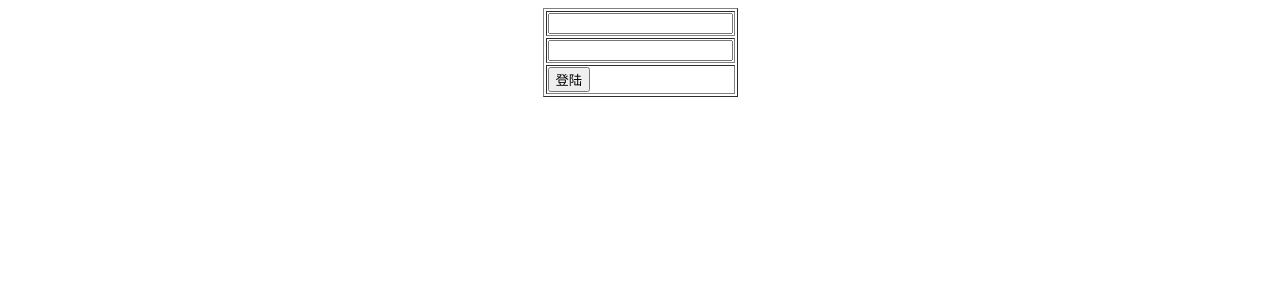
Repository: YuHaoXiang/Yhx
Page: http://localhost/StudentMsg/login.jsp
An editor plug-in stored every save of this project. The page is shown before and after the next save, followed by the edit.
The browser window is 1280 px wide. The pictures show the whole page.
The page is served by Tomcat 9. Other server files are loaded and not shown.

Above is the page before, as saved 2016-03-07 03:27:28.

### StudentMsg/WebContent/login.jsp
<%@page import="java.sql.*"%>
<%@ page language="java" contentType="text/html; charset=utf-8"
    pageEncoding="utf-8"%>
<!DOCTYPE html PUBLIC "-//W3C//DTD HTML 4.01 Transitional//EN" "http://www.w3.org/TR/html4/loose.dtd">
<html>
<head>
<meta http-equiv="Content-Type" content="text/html; charset=utf-8">
<title>用户登陆</title>
</head>
<body>
<center>
<form action="/StudentMsg/DBConnectionServlet" method="get" >
	<table border="1">
		<tr><td><input type="text" name="username" ></td></tr>
		<tr><td><input type="password" name="userpwd" ></td></tr>
		<tr><td><input type="submit"  value="登陆" ></td></tr>
	</table>

</form>
</center>
</body>
</html>

After the next save:
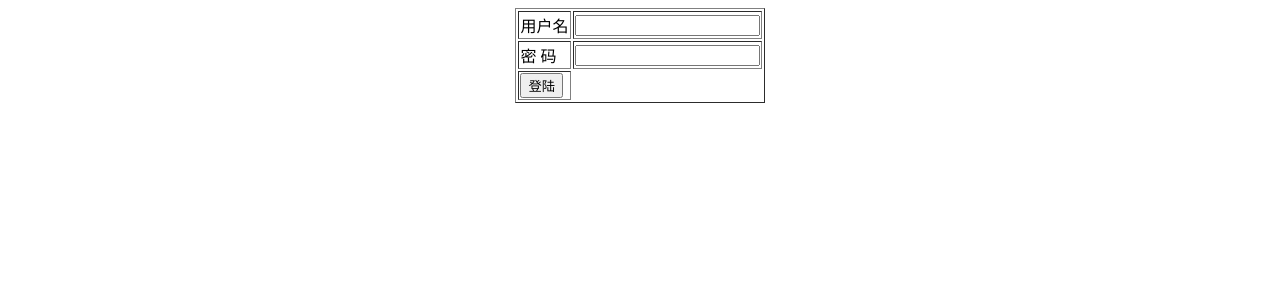
Saved 53 s later.
--- a/StudentMsg/WebContent/login.jsp
+++ b/StudentMsg/WebContent/login.jsp
@@ -11,8 +11,8 @@
 <center>
 <form action="/StudentMsg/DBConnectionServlet" method="get" >
 	<table border="1">
-		<tr><td><input type="text" name="username" ></td></tr>
-		<tr><td><input type="password" name="userpwd" ></td></tr>
+		<tr><td>用户名</td><td><input type="text" name="username" ></td></tr>
+		<tr><td>密    码</td><td><input type="password" name="userpwd" ></td></tr>
 		<tr><td><input type="submit"  value="登陆" ></td></tr>
 	</table>
 
